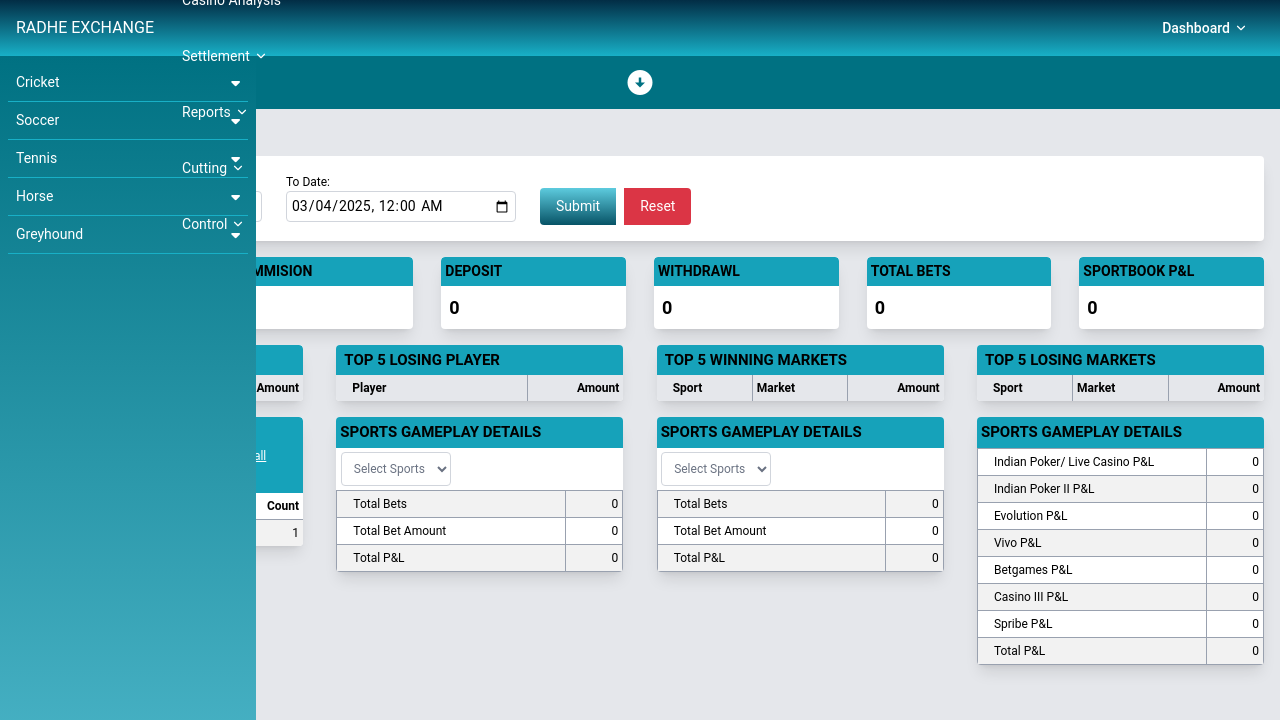
Repository: Habeebur1493/Radhe-Exchange
Page: /dashboard (app in frontend/)
These files come from the project's save history. The page is drawn as it stood at one moment and after the next save; the edit follows.
The browser window is 1280 px wide. The pictures show the whole page.
Some web libraries are served in a nearby version. The project was rebuilt for these pictures with package versions that can differ from the ones it lists, and the page was loaded fresh each time. Also part of the build but not shown: frontend/vite.config.js, frontend/src/components/login.jsx, frontend/src/components/Register.jsx.

Above is the page before, as saved 2025-03-05 11:33:15.

After the next save:
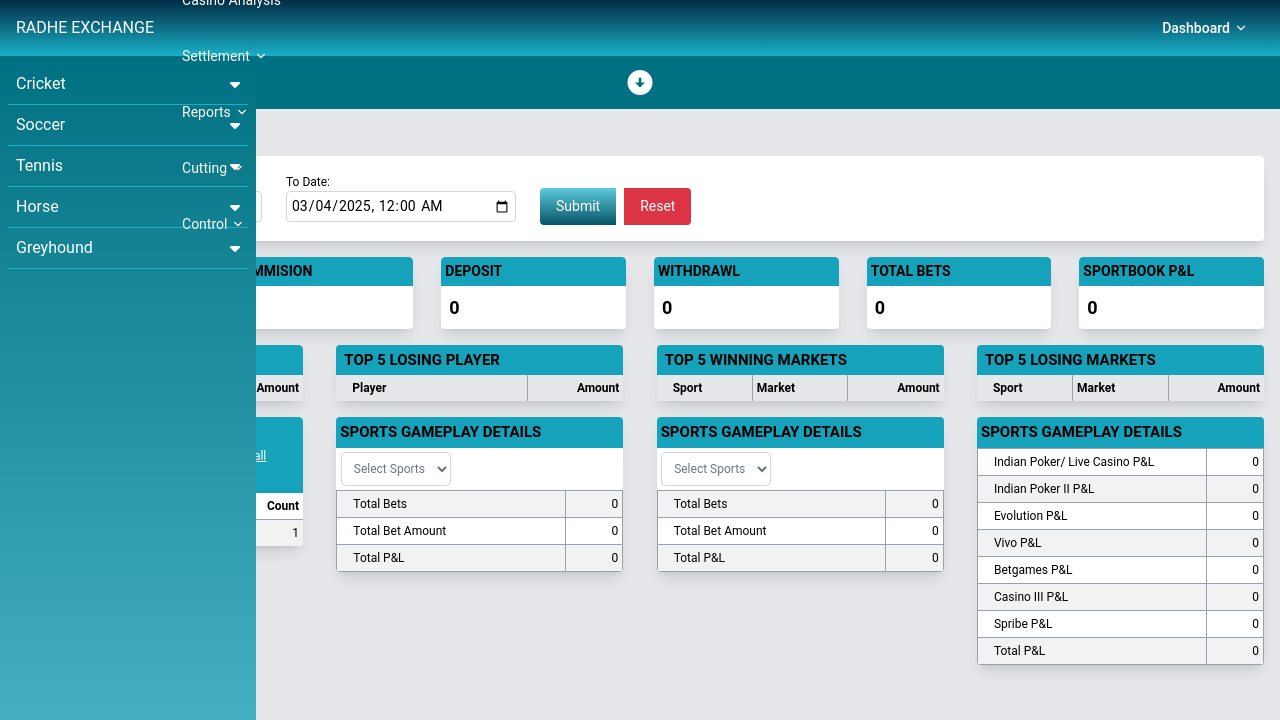
Saved 106 s later.
--- a/frontend/src/components/Sidebar.jsx
+++ b/frontend/src/components/Sidebar.jsx
@@ -107,7 +107,7 @@ const Sidebar = () => {
           isOpen ? "translate-x-0" : "-translate-x-full"
         } md:translate-x-0`} // Remove translation on desktop view
       >
-        <ul className="p-2">
+        <ul className="p-2 text-[12px] lg:text-[16px]">
           {menuItems.map(({ key, label, items }) => (
             <li key={key} className="cursor-pointer">
               {/* Main Category */}
